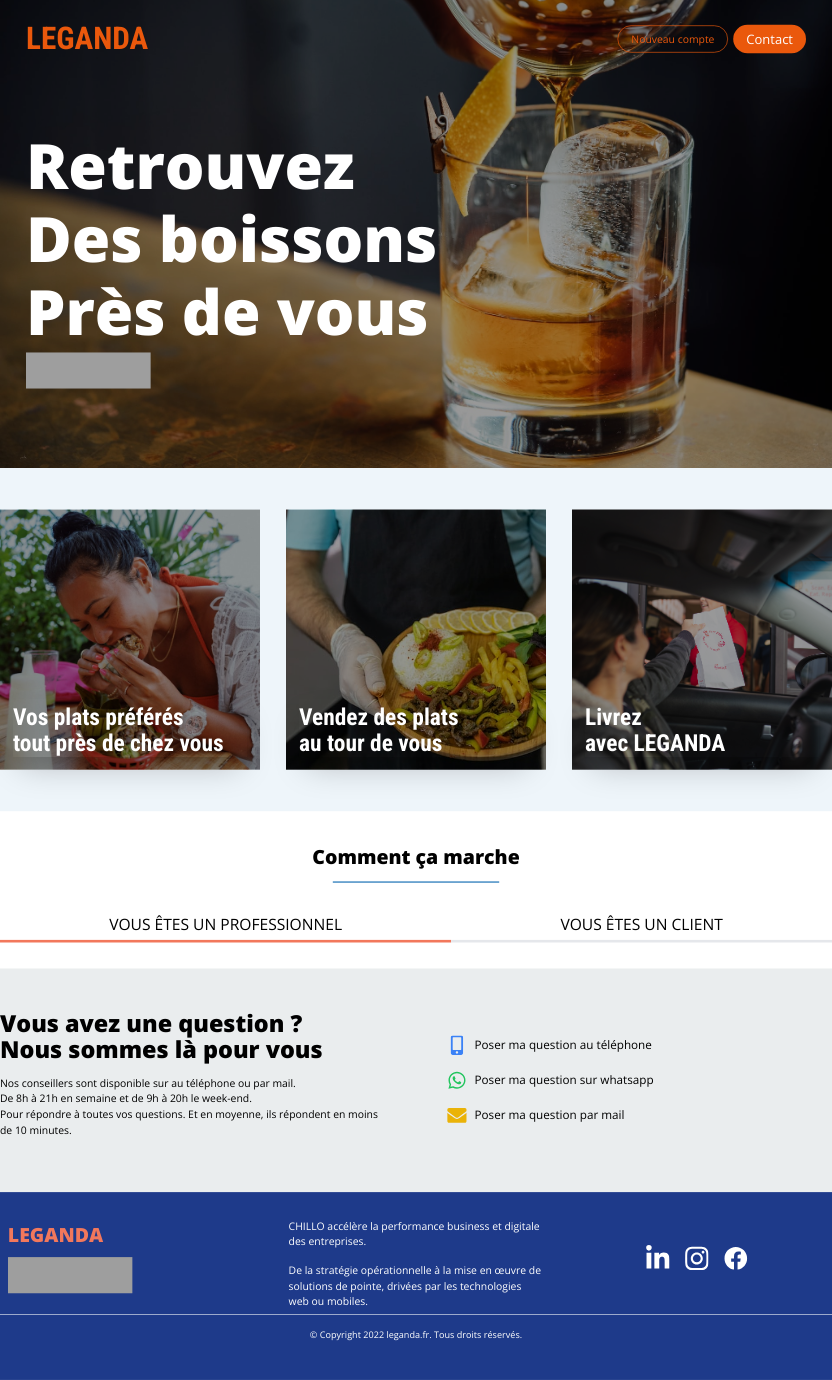
Repository: chillo-tech/website-leganda
Page: /
The author's editor kept a copy of each file at every save. The page is drawn from the files as they stood at one save, then again after a run of saves.
The browser window is 1280 px wide. The pictures show the whole page, at 65% of full size.
Pictures or frames that could not be fetched are drawn as grey boxes. The project was rebuilt for these pictures with package versions that can differ from the ones it lists, and the page was loaded fresh each time. Some packages were replaced by stand-ins written for this rebuild. The framework's server and built-in components were replaced by stand-ins that run in the browser. Also part of the build but not shown: next.config.js, components/header/items/SearchBar.tsx.

Above is the page before, as saved 2023-02-09 11:48:53.

After the next 2 saves:
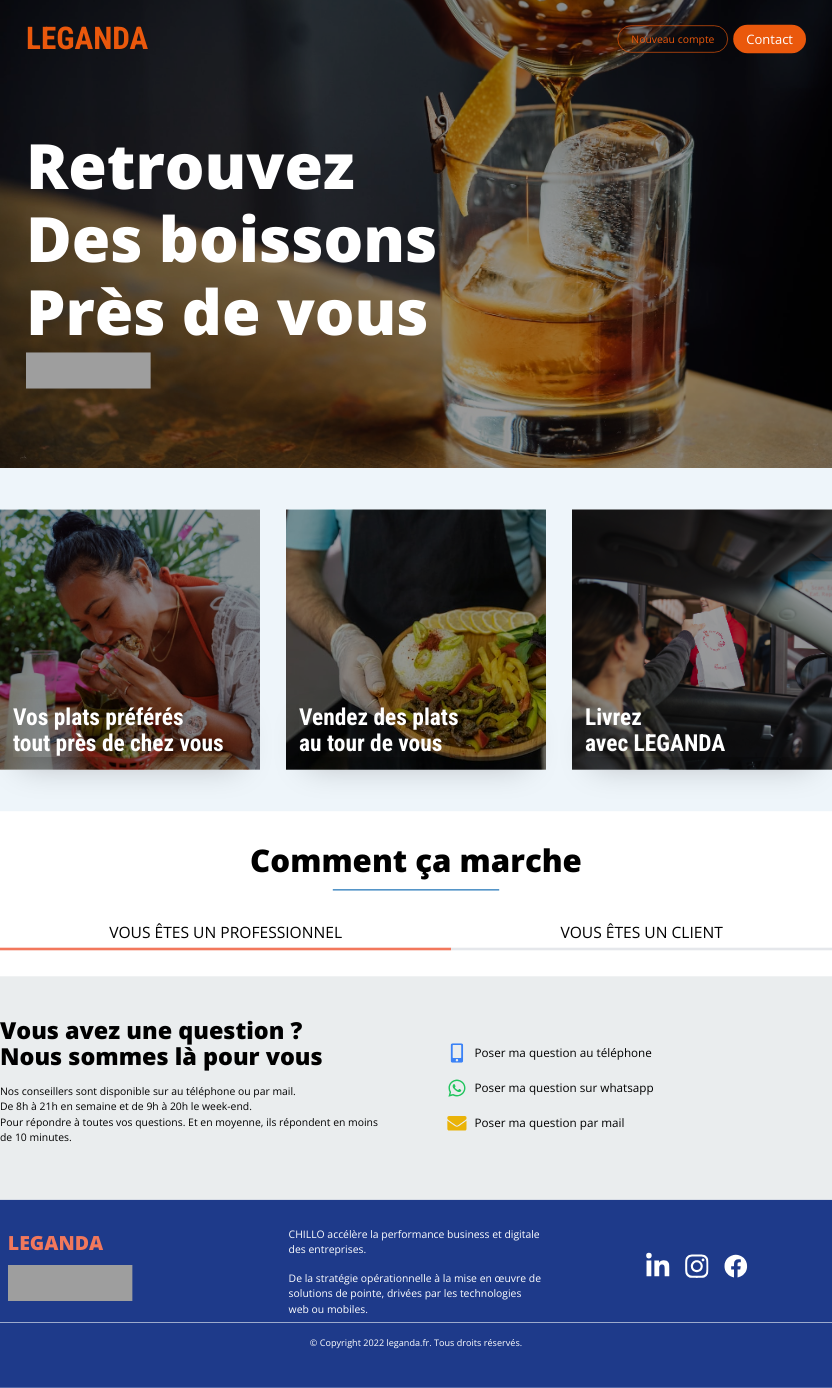
The 2 saves are shown as one change because they came seconds apart.
The last was saved 7 s later.
--- a/components/shared/SectionTitle.tsx
+++ b/components/shared/SectionTitle.tsx
@@ -3,7 +3,7 @@
 function SectionTitle( {text, underline = true}: {underline?: boolean, text: string}) {
   return (
     <h2 className="flex flex-col items-center justify-center md:mb-10">
-      <span className='px-10 py-3 text-center font-bold text-3xl md:text-3xl'>
+      <span className='px-10 py-3 text-center font-bold text-3xl md:text-5xl'>
         {text}
       </span>
       { underline ? (<span className='border-b-2 border-app-blue px-10 w-64 mt-2'/>) : null }
